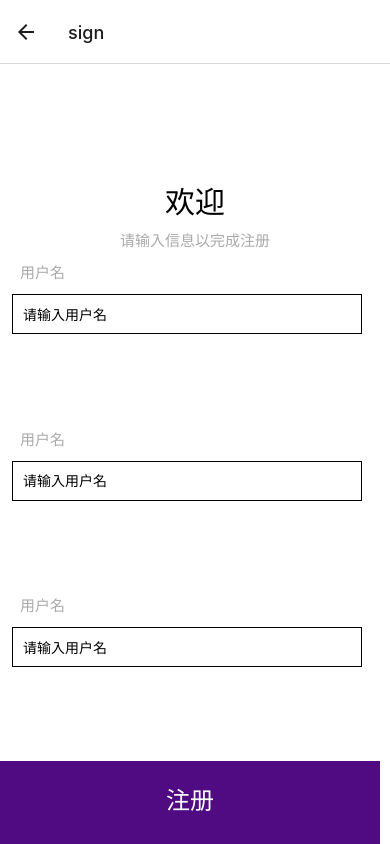
Repository: eyebone/barManager
Page: /sign
These files come from the project's save history. The page is drawn as it stood at one moment and after the next save; the edit follows.
The browser window is 390 px wide. The pictures show the whole page.
The app was drawn by React Native's web renderer in a window 390 px wide. The project was rebuilt for these pictures with package versions that can differ from the ones it lists, and the page was loaded fresh each time. Also part of the build but not shown: components/EmojiPicker.js, components/Button.js, components/ImageViewer.js, components/circleButton.js, components/IconButton.js, view/ViewOne.js.

Above is the page before, as saved 2023-06-26 10:20:08.

After the next save:
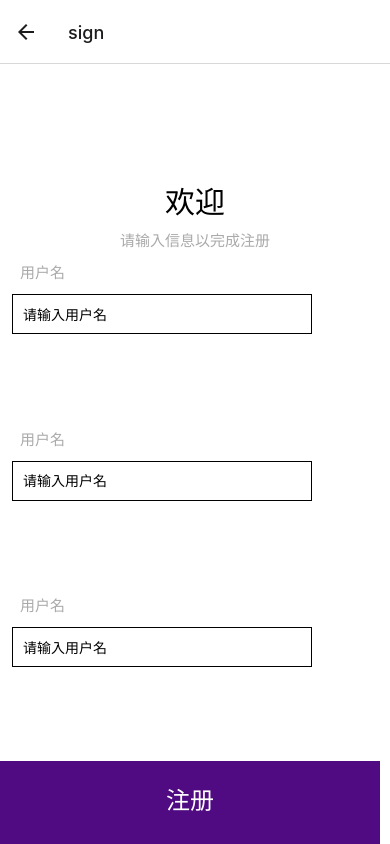
Saved 4 s later.
--- a/view/Sign.js
+++ b/view/Sign.js
@@ -115,6 +115,6 @@ const styles = StyleSheet.create({
     margin: 12,
     borderWidth: 1,
     padding: 10,
-    width: 350,
+    width: 300,
   },
 });
